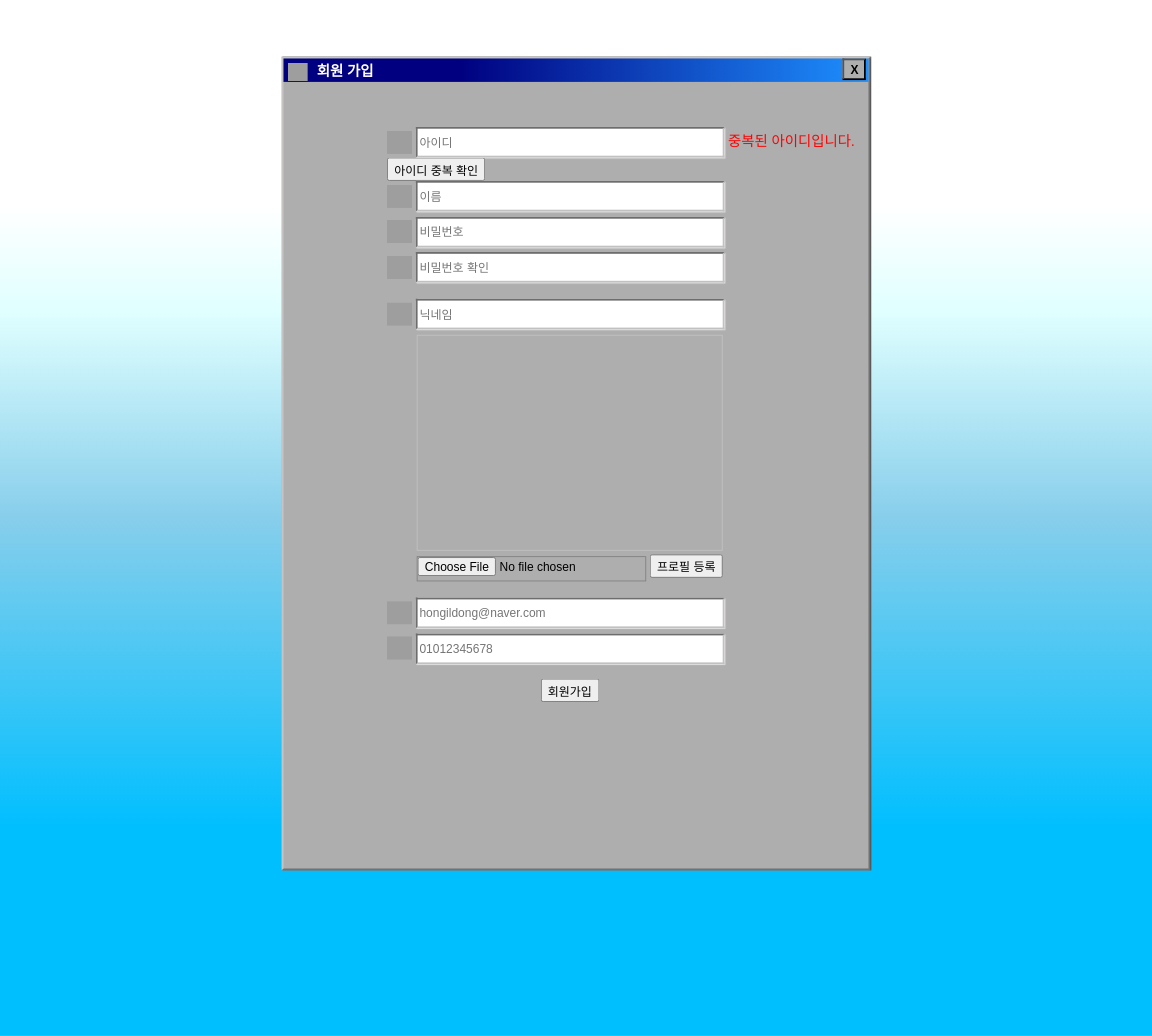
Repository: SEOGWANGWON/semi-finally
Page: http://localhost/semi_team/SHINeeRegister.jsp
These files come from the project's save history. The page is drawn as it stood at one moment and after the next save; the edit follows.
The browser window is 1280 px wide. The pictures show the whole page, at 90% of full size.
Pictures or frames that could not be fetched are drawn as grey boxes. The page is served by Tomcat 9.

Above is the page before, as saved 2023-11-17 06:07:40.

After the next save:
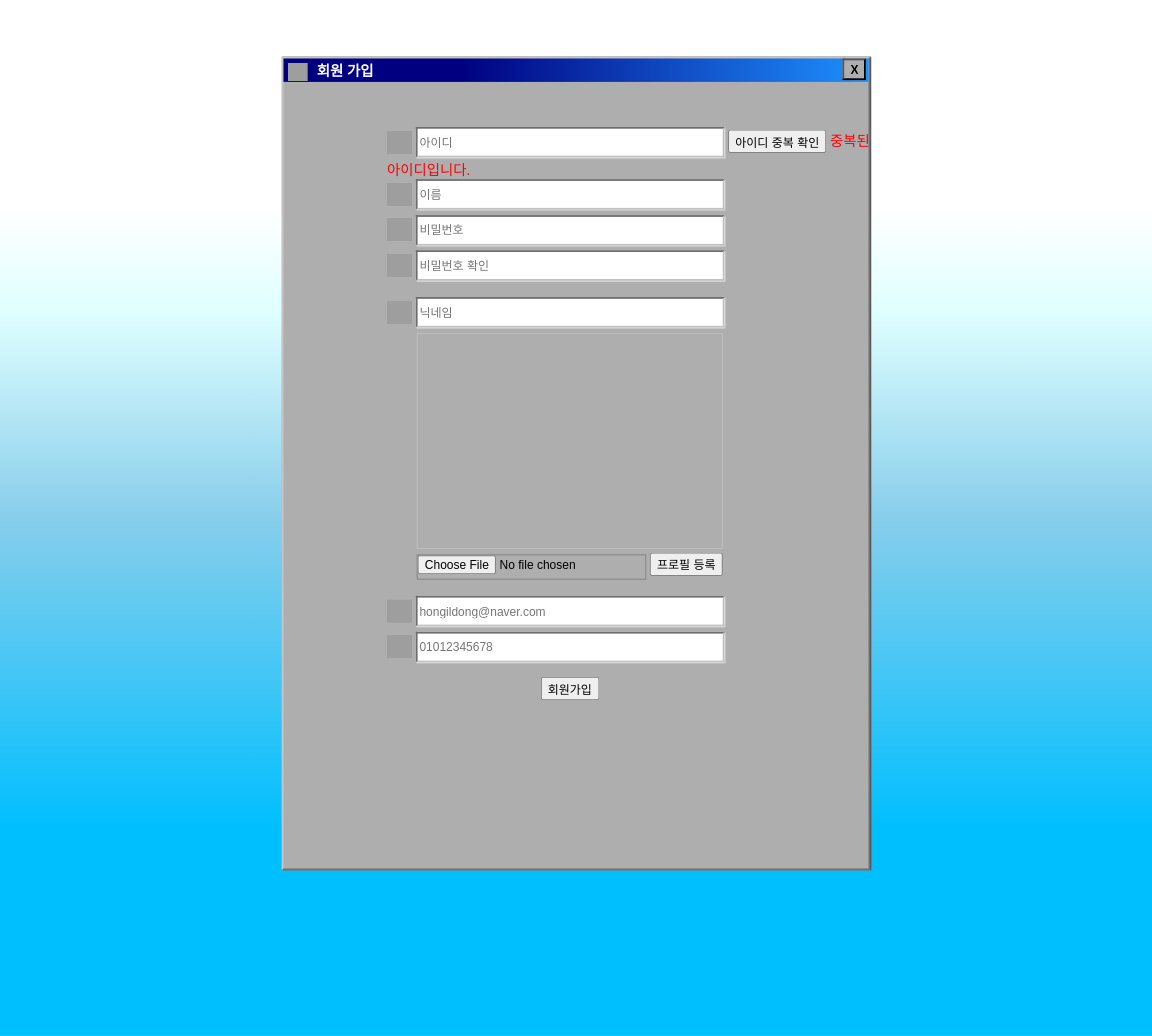
Saved 22 s later.
--- a/semi_team/src/main/webapp/SHINeeRegister.jsp
+++ b/semi_team/src/main/webapp/SHINeeRegister.jsp
@@ -19,10 +19,11 @@
 	                    </label>
 	                    <input id="id" name="id" type="text" oninput="idCheck()"  placeholder="아이디" autocomplete="off">
 	                    									<!--  oninput = 입력할때마다 실시간 체크   autocomplete="off" 자동완성 기능 off -->
-	                    									<%
+
+	                    <button id="idButton" name="idButton" onsubmit="return idDbCheck()">아이디 중복 확인</button> <!--  onclick="idDbCheck()" -->
+	                    <%
 	                    									out.println("<span style='color: red;'> 중복된 아이디입니다. </span>");
 	                    									%>
-	                    <button id="idButton" name="idButton" onsubmit="return idDbCheck()">아이디 중복 확인</button> <!--  onclick="idDbCheck()" -->
 	                    <span id="ruleid"></span> <!--  <input type="hidden" name="idCheckBox" id="idCheckBox" value="idUnCheck">  -->
 	                </form>
                 <form id="createAccount" action="SHINeeRegisterServlet" method="post" enctype="multipart/form-data">
